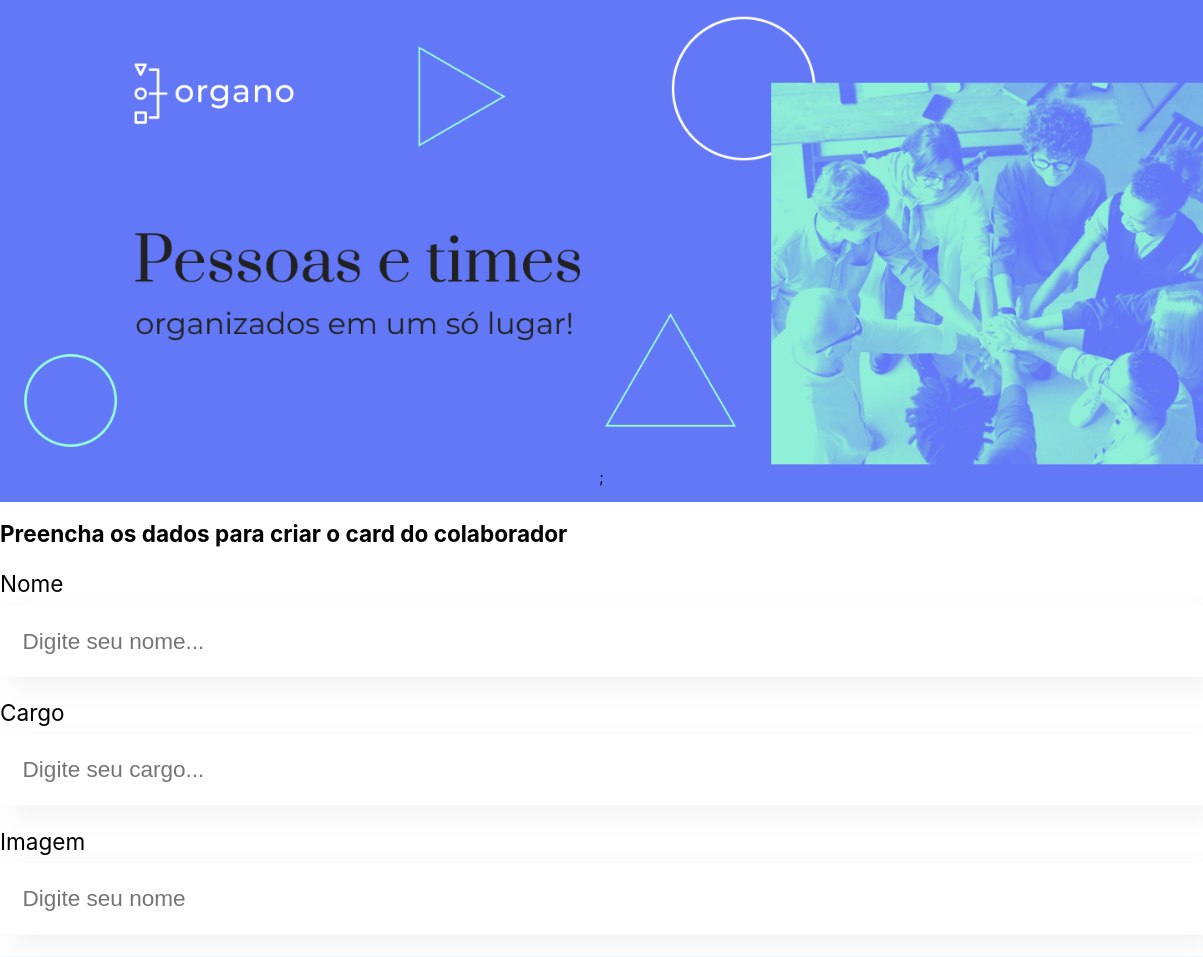
Repository: guilhermecardoso93/organo
Page: /
The author's editor kept a copy of each file at every save. The page is drawn from the files as they stood at one save, then again after the next save.
The browser window is 1280 px wide. The pictures show the whole page, at 94% of full size.
The project was rebuilt for these pictures with package versions that can differ from the ones it lists, and the page was loaded fresh each time.

Above is the page before, as saved 2024-05-26 11:37:50.

### src/App.js
import { Banner } from "./components/Banner";
import { Form } from "./components/Form";

export default function App() {
  return (
    <div>
      <Banner />
      <Form />
    </div>
  );
}

### src/components/Banner/index.js
import BannerBackground from "../../assets/imagens/banner.png";
import "./styles.css";

export function Banner() {
  return (
    <header className="background-banner">
      <img src={BannerBackground} alt="Banner Principal da Página da Orgona" />;
    </header>
  );
}

### src/components/Form/index.js
import { Input } from "../Input";

export function Form() {
  return (
    <section className='form'>
      <form>
        <h2>Preencha os dados para criar o card do colaborador</h2>
        <Input label="Nome" placeholder="Digite seu nome..." />
        <Input label="Cargo" placeholder="Digite seu cargo..." />
        <Input label="Imagem" placeholder="Digite seu nome" />
      </form>
    </section>
  );
}

### src/components/Banner/styles.css
.background-banner {
  background-color: #6278f7;
  text-align: center;
  padding-bottom: 1rem;
}

.background-banner img {
  max-width: 100%;
}

### src/components/Input/index.js
import "./styles.css";

export function Input({label, placeholder}) {
  return (
    <div className="campo-texto">
      <label>{label}</label>
      <input placeholder={placeholder}/>
    </div>
  );
}

### src/components/Input/styles.css
.campo-texto {
  display: flex;
  flex-direction: column;
  margin: 24px 0;
}

.campo-texto label {
  display: block;
  margin-bottom: 8px;
  font-size: 24px;
  font-weight: semi-bold;
}

.campo-texto input {
  background-color: #fff;
  box-shadow: 10px 10px 30px rgba(0, 0, 0, 0.06);
  width: 100%;
  border: none;
  font-size: 24px;
  padding: 24px;
  box-sizing: border-box;
}

Loaded but not shown: public/index.html (common file); src/index.js (common file); src/index.css (common file)

After the next save:
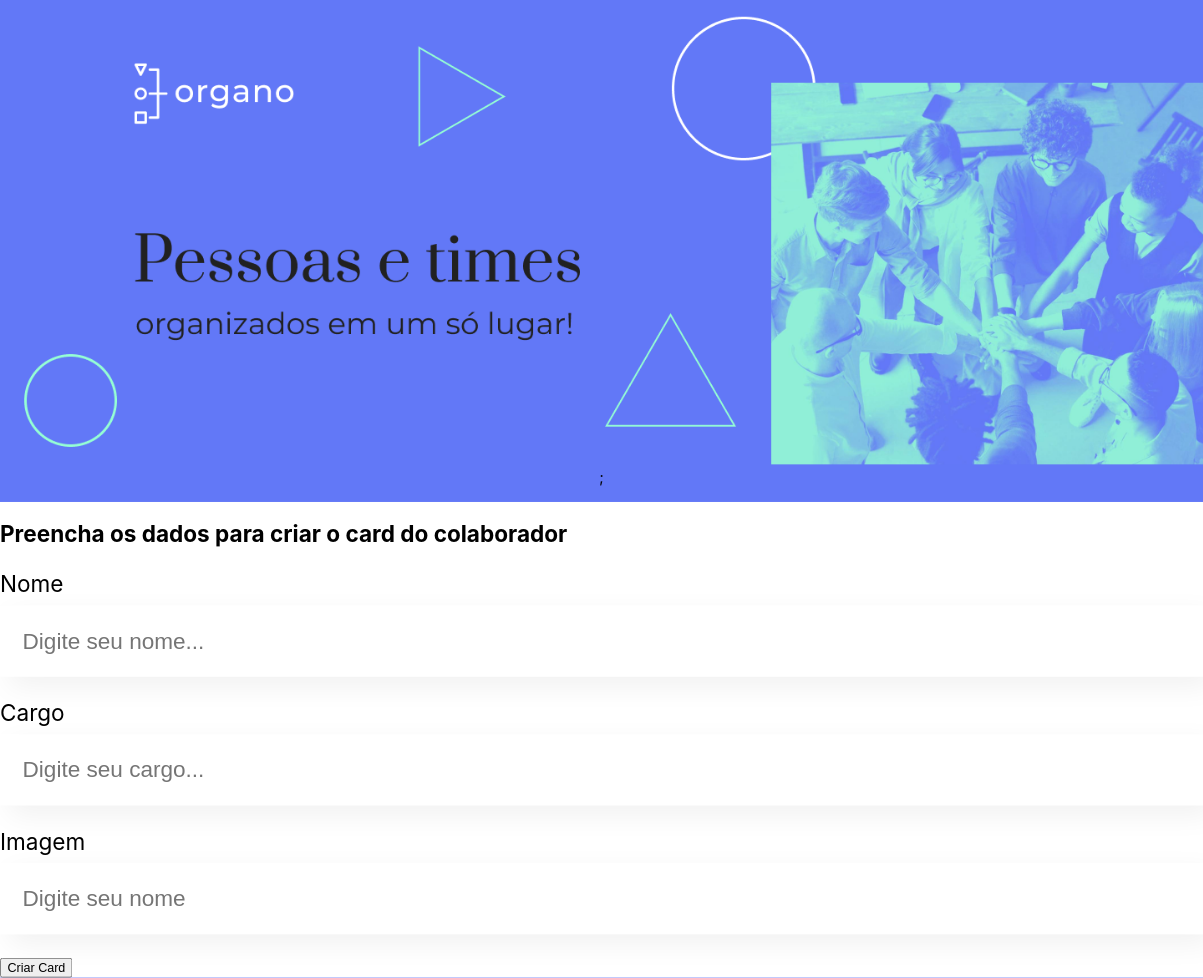
Saved 54 s later.
--- a/src/components/Form/index.js
+++ b/src/components/Form/index.js
@@ -8,6 +8,7 @@ export function Form() {
         <Input label="Nome" placeholder="Digite seu nome..." />
         <Input label="Cargo" placeholder="Digite seu cargo..." />
         <Input label="Imagem" placeholder="Digite seu nome" />
+        <button>Criar Card</button>
       </form>
     </section>
   );
